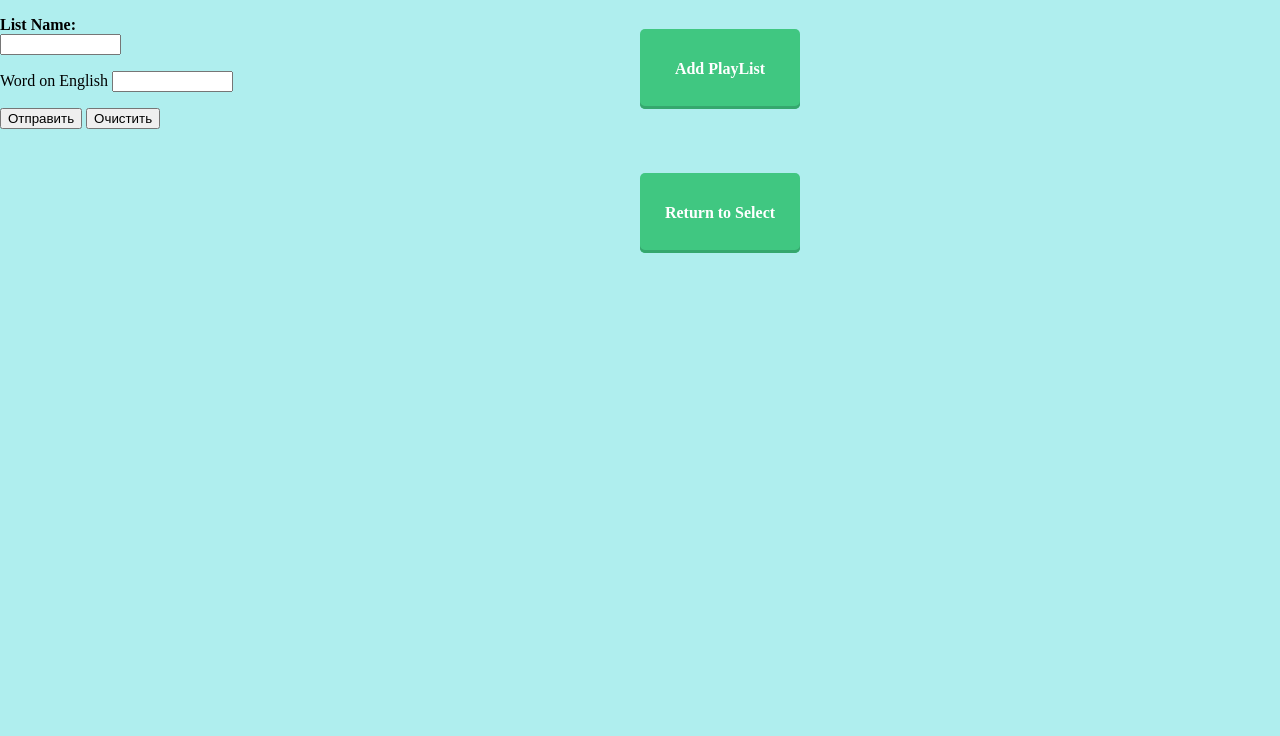
Repository: Artem-Brunov/msu_prac
Page: workspace/BasicUI/NewPlayList.html
These files come from the project's save history. The page is drawn as it stood at one moment and after the next save; the edit follows.
The browser window is 1280 px wide. The pictures show the whole page.

Above is the page before, as saved 2017-11-19 21:15:30.

### workspace/BasicUI/NewPlayList.html
<!DOCTYPE html>
<html>
<head>
    <meta charset="utf-8" />
    <meta name="viewport" content="width=device-width, initial-scale=1.0, maximum-scale=1.0">
    <meta name="description" content="Tizen Mobile Web Basic Template" />

    <title>Tizen Mobile Web Basic Application</title>
    <link rel="stylesheet" type="text/css" href="css/NewPlaylist.css" />
    <link rel="stylesheet" type="text/css" href="css/style.css" />
</head>
<body>
	<form name="test" method="post" action="input1.php">
  		<p><b>List Name:</b><br>
   			<input type="text" size="12">
  		</p>

  		<p>Word on English
  			 <input type="text" size="12">
  		</p>
  		<p><input type="submit" value="Отправить">
   		<input type="reset" value="Очистить"></p>
 	</form>

	<div class = "Return">
		<a href = "index.html" class = "first_button">Return to Select</a>
	</div>
	<div class = "Add">
		<a href = "" class = "first_button">Add PlayList</a>
	</div>
</body>
</html>

### workspace/BasicUI/css/NewPlaylist.css
.Return {
	position: absolute;
  	top: 24%;
  	left:50%;

}
.Add {
	position: absolute;
  	top: 4%;
  	left: 50%;
}

### workspace/BasicUI/css/style.css
html,
body {
    width: 100%;
    height: 100%;
    margin: 0 auto;
    padding: 0;
    background: PaleTurquoise;
 }
 .titl{

 	position: absolute;
 	left: 25.5%;
 	top: 10%;
 	color: Gray;
 }
 a.first_button {

	display: block;
	width: 160px;
	height: 80px;
  	line-height: 5em;
	border-radius: 5px;
 	background: rgb(64,199,129);
	box-shadow: 0 -3px rgb(53,167,110) inset;
	font-weight: 900;
  	color: white;
  	text-align: center;
  	text-decoration: none;
  	transition: 0.2s;
}
a.first_button:hover { background: rgb(53, 167, 110); }
a.first_button:active {
  background: rgb(33,147,90);
  box-shadow: 0 3px rgb(33,147,90) inset;
}
.New {
	position: absolute;
  	top: 47%;
  	left: 28%;

}
.Select {
	position: absolute;
  	top: 64%;
  	left: 28%;

}
.FastPlay {
	position: absolute;
  	top: 30%;
  	left: 28%;

}

After the next save:
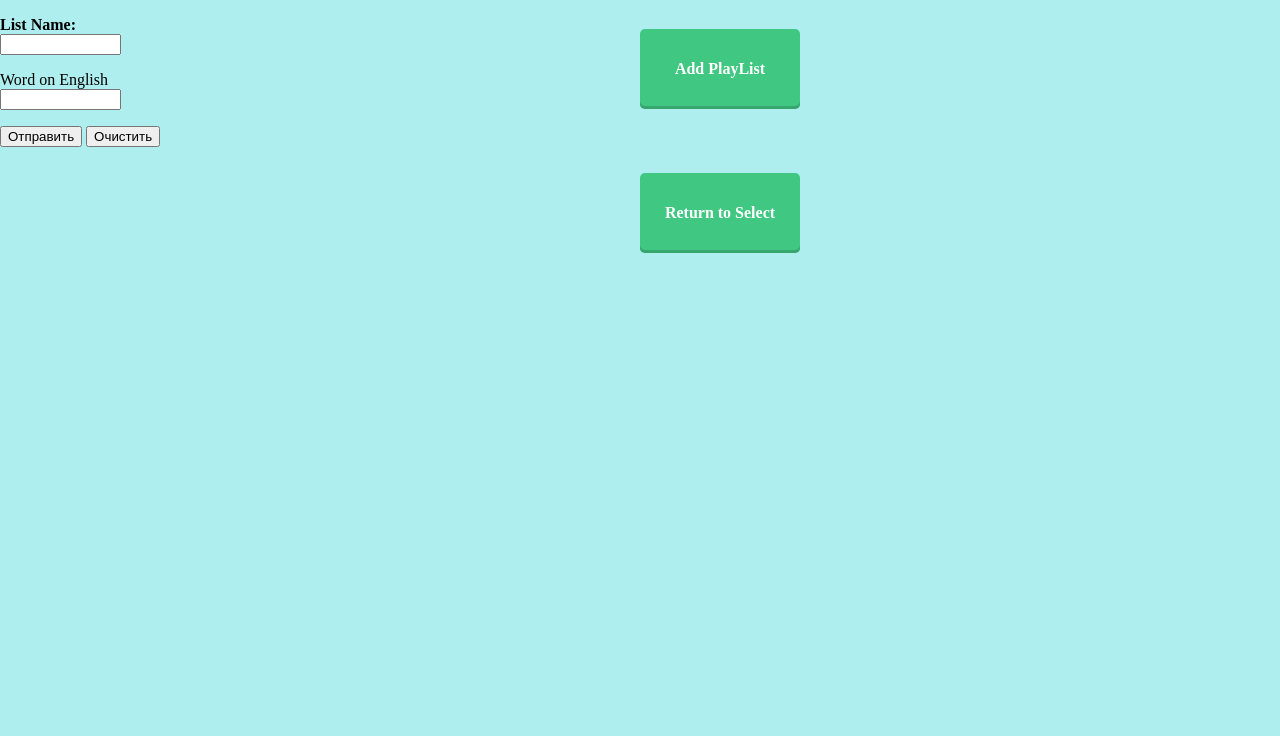
Saved 56 s later.
--- a/workspace/BasicUI/NewPlayList.html
+++ b/workspace/BasicUI/NewPlayList.html
@@ -15,7 +15,7 @@
    			<input type="text" size="12">
   		</p>
 
-  		<p>Word on English
+  		<p>Word on English<br>
   			 <input type="text" size="12">
   		</p>
   		<p><input type="submit" value="Отправить">
